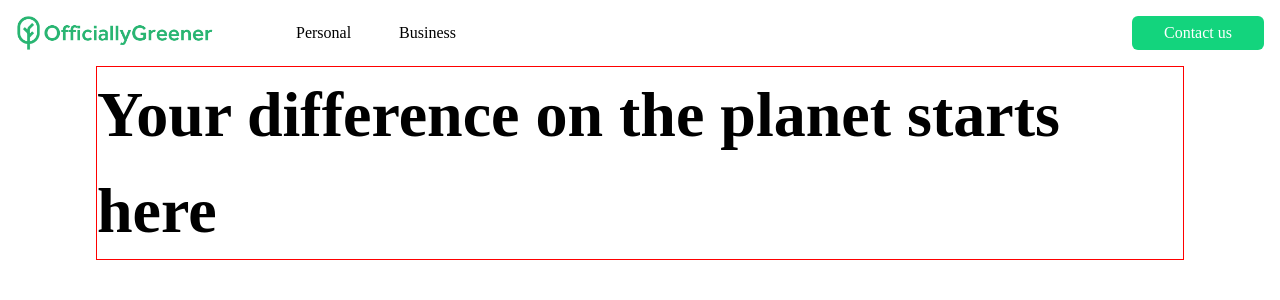
Repository: Sinkycode/Officially-Greener
Page: index.html
An editor plug-in stored every save of this project. The page is shown before and after the next save, followed by the edit.
The browser window is 1280 px wide. The pictures show the whole page.

Above is the page before, as saved 2023-03-07 21:07:03.

### index.html
<!DOCTYPE html>
<html lang="en">
<head>
  <meta charset="UTF-8">
  <meta http-equiv="X-UA-Compatible" content="IE=edge">
  <meta name="viewport" content="width=device-width, initial-scale=1.0">
  <link rel="stylesheet" href="style.css">
  <title>Officially Greener</title>
</head>
<body>
  <div id="landing-page">
    <header>
      <img src="logo/Officially Greener Transparent background.png" alt="officially mobile logo" id="logo" width="200px">
      <ul class="nav-list">
        <li><a href="http://">Personal</a></li>
        <li><a href="http://">Business</a></li>
      </ul>
     <button class="btn">Contact us</button>
    </header>
    <div class="container">
      <div class="context">
        <h1 class="landing-page__big-txt">Your difference on the planet starts here</h1>
      </div>
    </div>
  </div>
</body>
</html>

### style.css
:root {

}

*, *::after, *::before {
  box-sizing: border-box;
  margin: 0;
  padding: 0;
}

html, body {
  font-family: 'effra';
  scroll-behavior: smooth;
  overflow-x: hidden;
}

body {
  line-height: 1.5;
  font-size: 16px;
}

/* CUSTOMIZATION */
img {
  max-width: 100%;
  display: block;
}

button, input {
  outline: none;
  border: none;
  /* background: transparent; */
  font-family: inherit;
  font-size: inherit;
  color: inherit;
}

ul, p {
  margin: 0;
  list-style: none;

}

a {
  text-decoration: none;
  color: inherit;
}

h1,h2,h3 {
  margin: 0;
}

.container {
  max-width: 85%;
  margin: 0 auto;
}

header {
  display: flex;
  align-items: center;
  gap: 5rem;
  padding: 1rem;
  /* border: 1px solid red; */
}

.nav-list {
  display: flex;
  gap: 3rem;
}

header > *:last-child {
  margin-left: auto;
}

.btn {
  background-color: rgb(19, 212, 125);
  color: white;
  padding: .5rem 2rem;
  border-radius: 6px;
}

#landing-page .container {
  border: 1px solid red;
}

.landing-page__big-txt {
  font-size: clamp(2rem, 1rem + 10vw, 4rem);
}

After the next save:
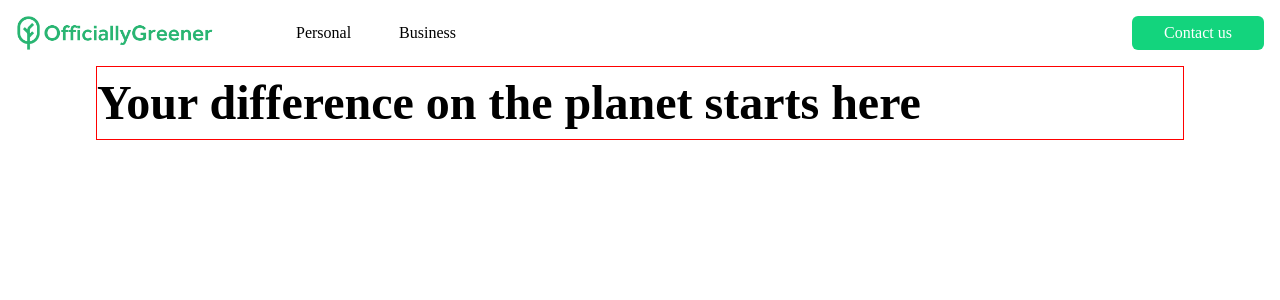
Saved 40 s later.
--- a/style.css
+++ b/style.css
@@ -83,5 +83,5 @@
 }
 
 .landing-page__big-txt {
-  font-size: clamp(2rem, 1rem + 10vw, 4rem);
+  font-size: clamp(2rem, 1rem + 10vw, 3rem);
 }
